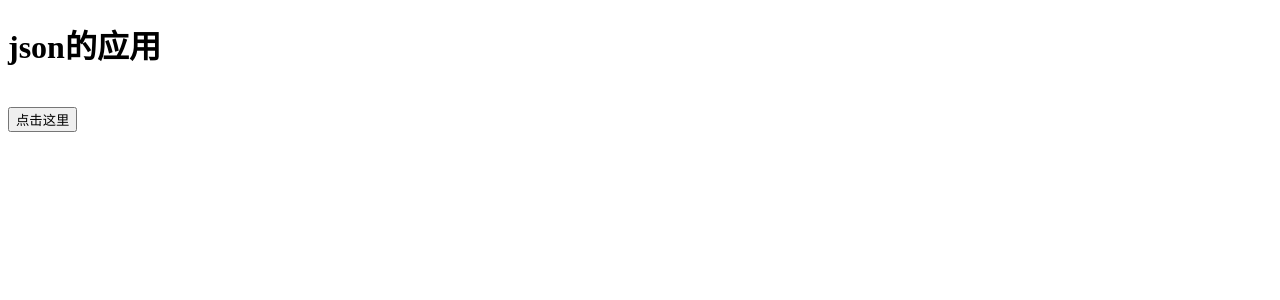
Repository: EthanZmr/myCode
Page: http://localhost/ajax/json.jsp
An editor plug-in stored every save of this project. The page is shown before and after the next save, followed by the edit.
The browser window is 1280 px wide. The pictures show the whole page.
After loading, the first visible `#btn` was clicked once.
The page is served by Tomcat 9. Other server files are loaded and not shown.

Above is the page before, as saved 2018-12-22 14:19:13.
Console error: SyntaxError: Unexpected token ':'

### ajax/WebContent/json.jsp
<%@ page language="java" contentType="text/html; charset=UTF-8"
    pageEncoding="UTF-8"%>
<!DOCTYPE html>
<html>
<head>
<meta charset="UTF-8">
<title>Insert title here</title>
</head>
<script type="text/javascript">
	window.onload = function(){
		//var person = {"name":"zhangsan","age":18,"sex":"male"};
		//console.log(person.name + "," + person.age);

		var btn = document.getElementById("btn");
		btn.onclick = function(){
			var xmlHttp = createXmlHttpRequest();
			xmlHttp.open("GET","/ajax/JsonServlet",true);
			xmlHttp.send(null);
			xmlHttp.onreadystatechange = function(){
				if(xmlHttp.readyState == 4 && xmlHttp.status == 200){
					var json_ = xmlHttp.responseText;
					var person = eval(json_);
				}
			}
		};
	}
	function createXmlHttpRequest(){
		try {
			return new XMLHttpRequest();
		} catch (e) {
			try {
				return new ActiveXObject("Msxml2.XMLHTTP");
			} catch (e) {
				try {
					return new ActiveXObject("Microsoft.XMLHTTP");
				} catch (e) {
					throw e;
				}
			}
		}
	}
</script>
<body>
	<h1>json的应用</h1><br>
	<button id="btn">点击这里</button><br>
	<h3 id="h3"></h3>
</body>
</html>

### ajax/src/com/ethan/web/Servlet/JsonServlet.java
package com.ethan.web.Servlet;

import java.io.IOException;
import javax.servlet.ServletException;
import javax.servlet.annotation.WebServlet;
import javax.servlet.http.HttpServlet;
import javax.servlet.http.HttpServletRequest;
import javax.servlet.http.HttpServletResponse;

/**
 * Servlet implementation class JsonServlet
 */
@WebServlet("/JsonServlet")
public class JsonServlet extends HttpServlet {
	private static final long serialVersionUID = 1L;

	protected void doGet(HttpServletRequest request, HttpServletResponse response) throws ServletException, IOException {
		response.setContentType("text/html;charset=utf-8");
		//向客户端发送json字符串
		String str = "{\"name\":\"张三\", \"age\":18, \"sex\":\"male\"}";
		response.getWriter().print(str);
		System.out.println(str);
	}


}

After the next save:
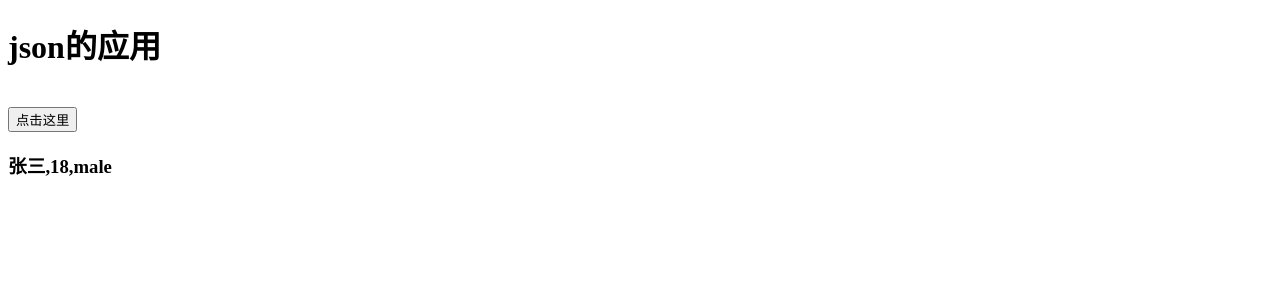
The error is gone.
Saved 67 s later.
--- a/ajax/WebContent/json.jsp
+++ b/ajax/WebContent/json.jsp
@@ -19,7 +19,9 @@
 			xmlHttp.onreadystatechange = function(){
 				if(xmlHttp.readyState == 4 && xmlHttp.status == 200){
 					var json_ = xmlHttp.responseText;
-					var person = eval(json_);
+					var person = eval("(" + json_ + ")");
+					var str = person.name + "," + person.age + "," + person.sex;
+					document.getElementById("h3").innerHTML = str;
 				}
 			}
 		};
